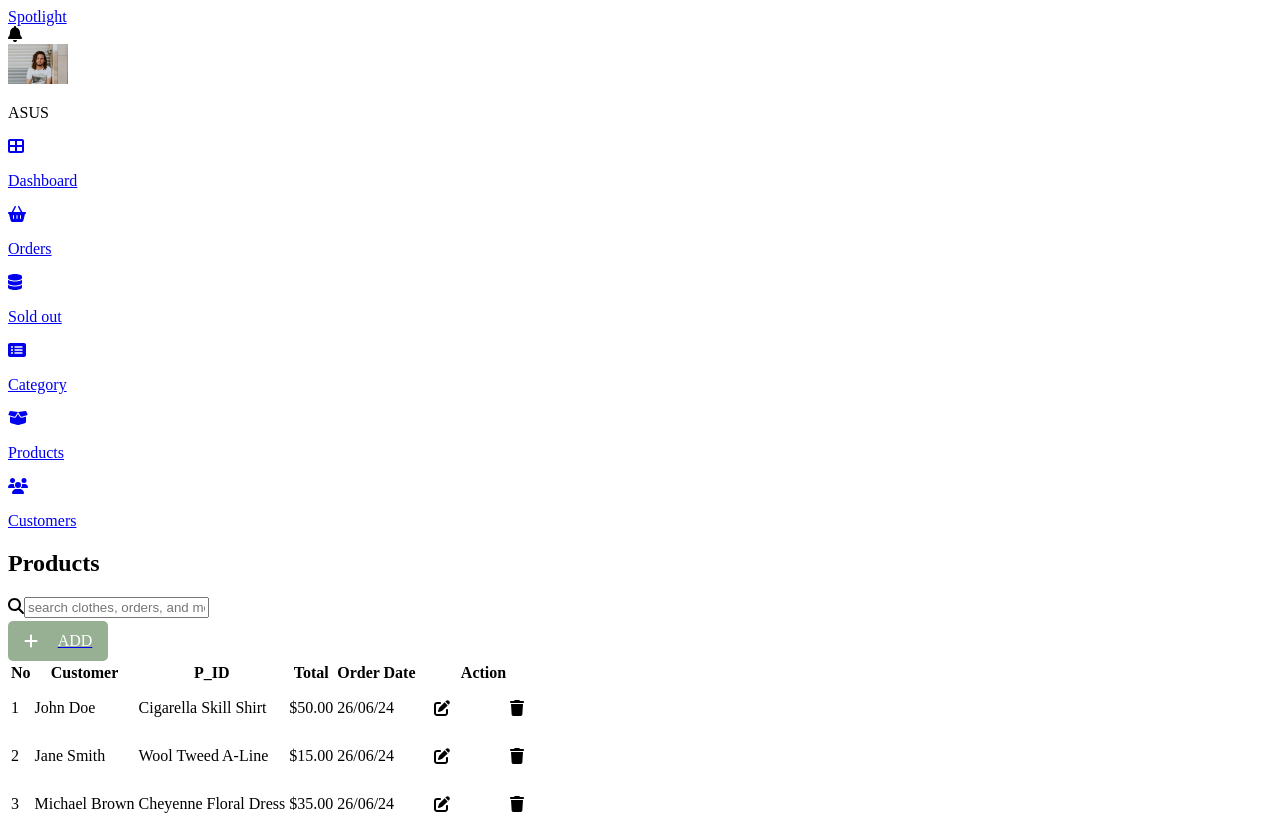
Repository: pin-seavmuy/Spotlight-POS
Page: /category
An editor plug-in stored every save of this project. The page is shown before and after a run of saves, followed by the edit.
The browser window is 1280 px wide. The pictures show the whole page.
Some web fonts or font styles are not loaded; a fallback is used. The project was rebuilt for these pictures with package versions that can differ from the ones it lists, and the page was loaded fresh each time. Also part of the build but not shown: vue.config.js, src/components/Orders.vue, src/components/Products.vue, src/components/Customers.vue, src/components/AddCategory.vue.

Above is the page before, as saved 2024-06-26 17:51:32.

### src/main.js
// src/main.js
import { createApp } from 'vue'; // Use createApp instead of importing Vue
import App from './App.vue';
import router from './router/router.js'; // Adjust the path as necessary

const app = createApp(App);
app.use(router);

app.mount('#app');

### src/App.vue

<template>
  <div id="app">
    <router-view />
    <!-- <Dashboard/> -->
  </div>
</template>

<script>
export default {
  name: 'App',
};
</script>

<style scoped>
/* Scoped styles specific to App.vue */
</style>

### src/router/router.js
// src/router.js
import { createRouter, createWebHistory } from 'vue-router'; // Import from vue-router
import AdminDashboard from '../components/AdminDashboard.vue';
import OrdersPage from '../components/Orders.vue';
import SoldOut from '../components/Soldout.vue';
import CategoryPage from '../components/Category.vue';
import ProductPage from '../components/Products.vue';
import CustomersPage from '../components/Customers.vue';
import AddCategory from '../components/AddCategory.vue';

const routes = [
  { path: '/', component: AdminDashboard },
  { path: '/orders', component: OrdersPage },
  { path: '/sold', component: SoldOut },
  { path: '/category', component: CategoryPage },
  { path: '/products', component: ProductPage },
  { path: '/customers', component: CustomersPage },
  { path: '/add-category', component: AddCategory },
];

const router = createRouter({
  history: createWebHistory(),
  routes,
});

export default router;

### src/components/AdminDashboard.vue
<template>
  <div>
    <header class="header">
      <div class="logo">
        <router-link to="/">Spotlight</router-link>
      </div>
      <div class="header-icons">
        <font-awesome-icon :icon="icons.bell" class="icon" />
        <div class="account">
          <img src="../assets/img/people.png" alt="" />
          <p>ASUS</p>
        </div>
      </div>
    </header>
    <div class="container">
      <div class="side-bar">

        <router-link to="/" class="wrapper" active-class="active">
          <font-awesome-icon :icon="icons.thLarge" class="icons" />
          <p>Dashboard</p>
        </router-link>

        <router-link to="/orders" class="wrapper" active-class="active">
          <font-awesome-icon :icon="icons.shoppingBasket" class="icons" />
          <p>Orders</p>
        </router-link>

        <router-link to="/sold" class="wrapper" active-class="active">
          <font-awesome-icon :icon="icons.database" class="icons" />
          <p>Sold out</p>
        </router-link>

        <router-link to="/category" class="wrapper" active-class="active">
          <font-awesome-icon :icon="icons.category" class="icons" />
          <p>Category</p>
        </router-link>

        <router-link to="/products" class="wrapper" active-class="active">
          <font-awesome-icon :icon="icons.product" class="icons" />
          <p>Products</p>
        </router-link>

        <router-link to="/customers" class="wrapper" active-class="active">
          <font-awesome-icon :icon="icons.users" class="icons" />
          <p>Customers</p>
        </router-link>

      </div>

      <div class="dashboard">
          <div class="wrapper1">
            <h2>Admin Dashboard</h2>
          </div>
          <div class="wrapper1">
            <div class="box">
              <div class="wrapperBox">
                <img src="../assets/img/products.png" />
                <p>Total Product</p>
              </div>
              <div class="qty">12000</div>
            </div>
            <div class="box">
              <div class="wrapperBox">
                <img src="../assets/img/list.png" />
                <p>Categories</p>
              </div>
              <div class="qty">43</div>
            </div>
            <div class="box">
              <div class="wrapperBox">
                <img src="../assets/img/mobile-banking.png" />
                <p>Transactions</p>
              </div>
              <div class="qty">669</div>
            </div>
          </div>
          <div class="wrapper1">
            <div class="box">
              <div class="wrapperBox">
                <img src="../assets/img/shopping-cart.png" />
                <p>Order Today</p>
              </div>
              <div class="qty">15</div>
            </div>
          </div>
        </div>



    </div>


  </div>
</template>

<script>
  import { FontAwesomeIcon } from '@fortawesome/vue-fontawesome';
  import { faBell, faShoppingBasket, faThLarge, faDatabase, faListAlt, faCreditCard, faBoxOpen, faUsers } from '@fortawesome/free-solid-svg-icons';

  export default {
  name: "AdminDashboard",
  components: {
      FontAwesomeIcon,
  },
  data() {
      return {
      icons: {
          bell: faBell,
          shoppingBasket: faShoppingBasket,
          thLarge: faThLarge,
          database: faDatabase,
          category: faListAlt,
          transaction: faCreditCard,
          product: faBoxOpen,
          users: faUsers,
          // Add more icons as needed
      },
      };
  },
  };

</script>

<style scoped>
@import '../assets/css/style.css';
</style>

### src/components/Soldout.vue
<template>
  <div>
    <header class="header">
      <div class="logo">
        <router-link to="/">Spotlight</router-link>
      </div>
      <div class="header-icons">
        <font-awesome-icon :icon="icons.bell" class="icon" />
        <div class="account">
          <img src="../assets/img/people.png" alt="" />
          <p>ASUS</p>
        </div>
      </div>
    </header>
    <div class="container">
      <div class="side-bar">

        <router-link to="/" class="wrapper" active-class="active">
          <font-awesome-icon :icon="icons.thLarge" class="icons" />
          <p>Dashboard</p>
        </router-link>

        <router-link to="/orders" class="wrapper" active-class="active">
          <font-awesome-icon :icon="icons.shoppingBasket" class="icons" />
          <p>Orders</p>
        </router-link>

        <router-link to="/sold" class="wrapper" active-class="active">
          <font-awesome-icon :icon="icons.database" class="icons" />
          <p>Sold out</p>
        </router-link>

        <router-link to="/category" class="wrapper" active-class="active">
          <font-awesome-icon :icon="icons.category" class="icons" />
          <p>Category</p>
        </router-link>

        <router-link to="/products" class="wrapper" active-class="active">
          <font-awesome-icon :icon="icons.product" class="icons" />
          <p>Products</p>
        </router-link>

        <router-link to="/customers" class="wrapper" active-class="active">
          <font-awesome-icon :icon="icons.users" class="icons" />
          <p>Customers</p>
        </router-link>

      </div>
      <div class="dashboard">
        <div class="wrapper1">
          <h2>Orders</h2>
          <div class="searchBox">
            <font-awesome-icon :icon="icons.search" class="icons" />
            <input type="text" placeholder="search ...">
          </div>
        </div>
        <div class="table">
          <table>
            <thead>
              <tr>
                <th>No</th>
                <th>Customer</th>
                <th>Product</th>
                <th>Total</th>
                <th>Order Date</th>
                <th>Action</th>
              </tr>
            </thead>
            <tbody>
              <tr v-for="(order, index) in orders" :key="order.id">
                <td>{{ index + 1 }}</td>
                <td>{{ order.customer }}</td>
                <td>{{ order.product }}</td>
                <td>{{ order.total }}</td>
                <td>{{ order.orderDate }}</td>
                <td class="action">
                  <font-awesome-icon :icon="icons.edit" class="icon action-icon" @click="editOrder(order.id)" />
                  <font-awesome-icon :icon="icons.trash" class="icon action-icon" @click="deleteOrder(order.id)" />
                </td>
              </tr>
            </tbody>
          </table>
        </div>
      </div>
    </div>
  </div>
</template>

<script>
  import { FontAwesomeIcon } from '@fortawesome/vue-fontawesome';
  import { faBell, faShoppingBasket, faThLarge, faDatabase, faListAlt, faCreditCard, faBoxOpen, faUsers, faSearch, faEdit, faTrash } from '@fortawesome/free-solid-svg-icons';

  export default {
    name: "OrdersPage",
    components: {
      FontAwesomeIcon,
    },
    data() {
      return {
        icons: {
          bell: faBell,
          shoppingBasket: faShoppingBasket,
          thLarge: faThLarge,
          database: faDatabase,
          category: faListAlt,
          transaction: faCreditCard,
          product: faBoxOpen,
          users: faUsers,
          search: faSearch,
          edit: faEdit,
          trash: faTrash,
        },
        orders: [
          { id: 1, customer: 'John Doe', product: 'Cigarella Skill Shirt', total: '$50.00', orderDate: '26/06/24' },
          { id: 2, customer: 'Jane Smith', product: 'Wool Tweed A-Line', total: '$15.00', orderDate: '26/06/24' },
          { id: 3, customer: 'Michael Brown', product: 'Cheyenne Floral Dress', total: '$35.00', orderDate: '26/06/24'},
        ],
      };
    },
    methods: {
      editOrder(id) {
        // Implement edit order functionality
        console.log('Edit order', id);
      },
      deleteOrder(id) {
        // Implement delete order functionality
        console.log('Delete order', id);
      },
    },
  };
</script>

<style scoped>
  @import '../assets/css/style.css';

  .action-icon {
    cursor: pointer;
    margin-right: 10px;
  }
  .action {
    display: flex;
    justify-content: center;
    gap: 50px;
    padding: 15px ;
    border-width: 0.1;
  }
</style>

### src/components/Category.vue
<template>
    <div>
      <header class="header">
        <div class="logo">
          <router-link to="/">Spotlight</router-link>
        </div>
        <div class="header-icons">
          <font-awesome-icon :icon="icons.bell" class="icon" />
          <div class="account">
            <img src="../assets/img/people.png" alt="" />
            <p>ASUS</p>
          </div>
        </div>
      </header>
      <div class="container">
        <div class="side-bar">

            <router-link to="/" class="wrapper" active-class="active">
            <font-awesome-icon :icon="icons.thLarge" class="icons" />
            <p>Dashboard</p>
          </router-link>

          <router-link to="/orders" class="wrapper" active-class="active">
            <font-awesome-icon :icon="icons.shoppingBasket" class="icons" />
            <p>Orders</p>
          </router-link>

          <router-link to="/sold" class="wrapper" active-class="active">
            <font-awesome-icon :icon="icons.database" class="icons" />
            <p>Sold out</p>
          </router-link>

          <router-link to="/category" class="wrapper" active-class="active">
            <font-awesome-icon :icon="icons.category" class="icons" />
            <p>Category</p>
          </router-link>

          <router-link to="/products" class="wrapper" active-class="active">
            <font-awesome-icon :icon="icons.product" class="icons" />
            <p>Products</p>
          </router-link>

          <router-link to="/customers" class="wrapper" active-class="active">
            <font-awesome-icon :icon="icons.users" class="icons" />
            <p>Customers</p>
          </router-link>

        </div>
        <div class="dashboard">
        <div class="wrapper1">
          <h2>Products</h2>
          <div class="searchBox">
            <font-awesome-icon :icon="icons.search" class="icons" />
            <input type="text" placeholder="search clothes, orders, and more....">
          </div>
          <router-link to="/add-category" >
            <div class="add">
              <font-awesome-icon :icon="icons.plus" class="icons" />
              <p>ADD</p>
            </div>
          </router-link>
        </div>
        <div class="table">
          <table>
            <thead>
              <tr>
                <th>No</th>
                <th>Customer</th>
                <th>P_ID</th>
                <th>Total</th>
                <th>Order Date</th>
                <th>Action</th>
              </tr>
            </thead>
            <tbody>
              <tr v-for="(order, index) in orders" :key="order.id">
                <td>{{ index + 1 }}</td>
                <td>{{ order.customer }}</td>
                <td>{{ order.product }}</td>
                <td>{{ order.total }}</td>
                <td>{{ order.orderDate }}</td>
                <td class="action">
                  <font-awesome-icon :icon="icons.edit" class="icon action-icon" @click="editOrder(order.id)" />
                  <font-awesome-icon :icon="icons.trash" class="icon action-icon" @click="deleteOrder(order.id)" />
                </td>
              </tr>
            </tbody>
          </table>
        </div>
      </div>

      </div>
    </div>
  </template>

  <script>
    import { FontAwesomeIcon } from '@fortawesome/vue-fontawesome';
    import { faBell, faShoppingBasket, faThLarge, faDatabase, faListAlt, faCreditCard, faBoxOpen, faUsers,faSearch, faPlus, faEdit, faTrash } from '@fortawesome/free-solid-svg-icons';

    export default {
    name: "CategoryPage",
    components: {
        FontAwesomeIcon,
    },
    data() {
        return {
        icons: {
            bell: faBell,
            shoppingBasket: faShoppingBasket,
            thLarge: faThLarge,
            database: faDatabase,
            category: faListAlt,
            transaction: faCreditCard,
            product: faBoxOpen,
            users: faUsers,
            plus: faPlus,
            search: faSearch,
            edit: faEdit,
          trash: faTrash,
            // Add more icons as needed
        },
        orders: [
          { id: 1, customer: 'John Doe', product: 'Cigarella Skill Shirt', total: '$50.00', orderDate: '26/06/24' },
          { id: 2, customer: 'Jane Smith', product: 'Wool Tweed A-Line', total: '$15.00', orderDate: '26/06/24' },
          { id: 3, customer: 'Michael Brown', product: 'Cheyenne Floral Dress', total: '$35.00', orderDate: '26/06/24'},
        ],
        };
    },
    };

  </script>

  <style scoped>
  @import '../assets/css/category.css';

  .action-icon {
    cursor: pointer;
    margin-right: 10px;
  }
  .action {
    display: flex;
    justify-content: center;
    gap: 50px;
    padding: 15px ;
    border-width: 0.1;
  }
  </style>

### src/assets/css/style.css
@import url("https://fonts.googleapis.com/css2?family=Poppins:wght@400;500;600;700&display=swap");
@import url("https://fonts.cdnfonts.com/css/mogra");
@import url("https://fonts.googleapis.com/css?family=Playfair+Display:400,700");

* {
  margin: 0;
  padding: 0;
  box-sizing: border-box;
  font-family: "Poppins", sans-serif;
}

body {
  background: rgb(255, 255, 255);
}

.header {
  display: flex;
  align-items: center;
  justify-content: space-between;
  height: 70px;
  padding: 20px 40px 20px 20px;
  background: #97b093;
}

.logo a {
  color: #fff;
  font-size: 28px;
  font-weight: 400;
  margin: 2rem 8rem 2rem 2rem;
  font-family: "Mogra", sans-serif;
  text-decoration: none;
}

.header-icons {
  display: flex;
  align-items: center;
}

.header-icons .icon {
  margin-right: 1rem;
  cursor: pointer;
  color: #fff;
  font-size: 20px;
  background-color: #97b093;
  padding: 8px;
  border-radius: 50%;
  box-shadow: 0 4px 8px rgba(0, 0, 0, 0.2);
}

.header-icons .account {
  width: 120px;
  display: flex;
  align-items: center;
  justify-content: space-between;
}

.header-icons .account img {
  width: 40px;
  height: 40px;
  cursor: pointer;
  border-radius: 50%;
  margin-left: 10px;
  border: 1px solid gray;
}

.container {
  width: 100%;
  height: 650px;
  display: flex;
  justify-content: space-between;
}

.container .side-bar {
  width: 260px;
  height: 100%;
  padding: 30px 10px 10px 10px;
  border-right: 2px solid gray;
}

.wrapper {
  display: flex;
  align-items: center;
  background-color: #ffffff;
  padding: 8px 15px;
  gap: 20px;
  color: black;
  font-family: "Playfair Display", serif;
  border-radius: 5px;
  margin-bottom: 20px;
  cursor: pointer;
}

.wrapper .icons {
  color: gray;
}

.wrapper:hover {
  background-color: #ecf1eb;
}

.wrapper.active {
  background-color: #c1d2be;
  border: 1px solid gray;
}

.container .dashboard {
  width: 100%;
  height: 550px;
  /* background-color: pink; */
  padding: 30px 40px 0px 40px;
  display: flex;
  flex-direction: column;
}

.wrapper1 {
  padding: 2px;
  display: flex;
  justify-content: space-between;
  gap: 20px;
  /* background-color: rgb(0, 255, 76); */
  /* margin-top: -20px; */
  margin-bottom: 30px;
}

.wrapper1 .box {
  width: 360px;
  height: 160px;
  background-color: #f5eded;
  box-shadow: 0 4px 8px rgba(0, 0, 0, 0.2);
  border-radius: 3px;
  display: flex;
  padding: 20px 30px;
  align-items: center;
  gap: 40px;
}

.box:hover {
  background-color: #f7efef;
}

.box .wrapperBox {
  display: flex;
  flex-direction: column;
  align-items: center;
  justify-content: center;
  gap: 8px;
  /* background-color: red; */
}

.box .wrapperBox img {
  width: 70px;
  height: 70px;
}

.box .qty {
  border-left: 3px solid rgb(178, 183, 179);
  padding: 10px 0 10px 30px;
  font-size: xx-large;
}

### src/assets/css/category.css
.add {
    width: 100px;
    height: 40px;
    background-color: #97b093;
    color: #fff;
    display: flex;
    justify-content: center;
    gap: 20px;
    align-items: center;
    margin-top: 3px;
    border-radius: 5px;
}

Loaded but not shown: public/index.html (common file)

After the next 2 saves:
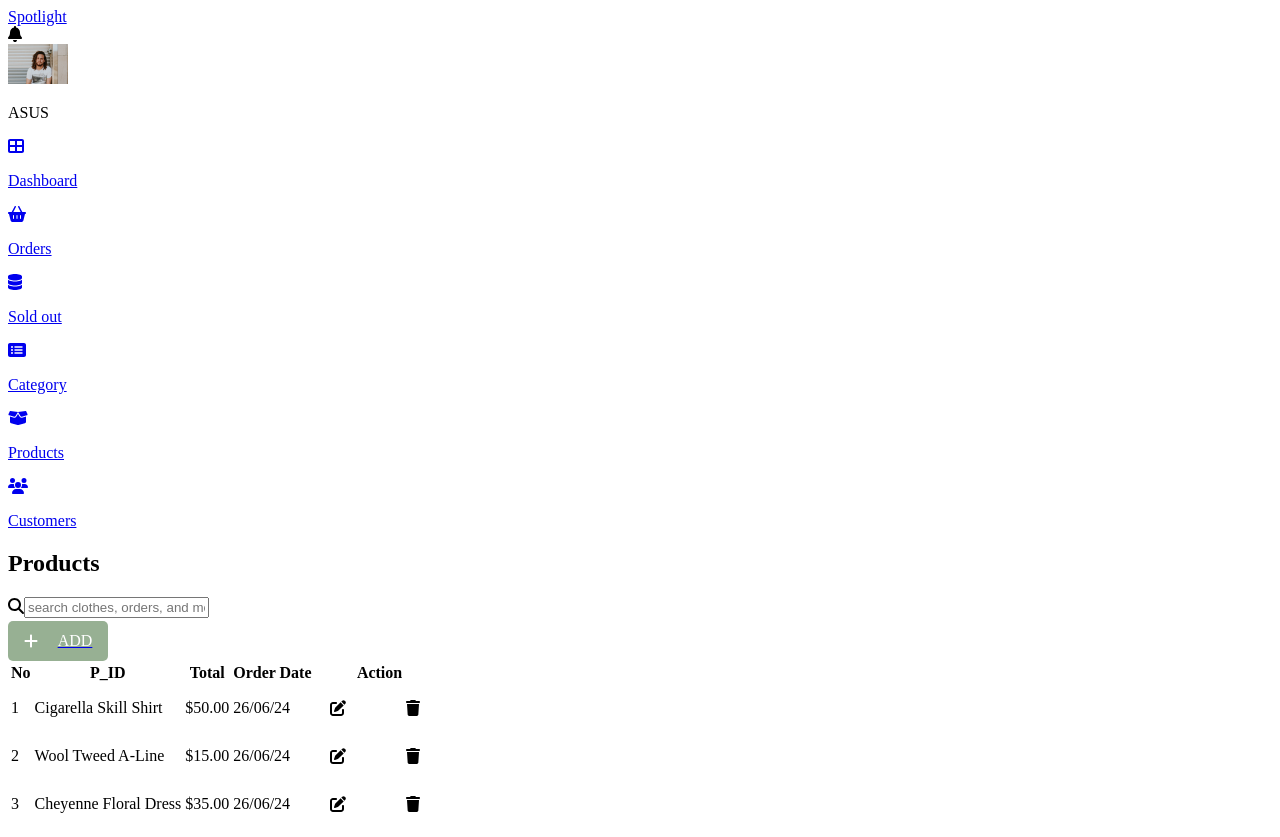
The 2 saves are shown as one change because they came seconds apart.
The last was saved 9 s later.
--- a/src/components/Category.vue
+++ b/src/components/Category.vue
@@ -65,7 +65,6 @@
             <thead>
               <tr>
                 <th>No</th>
-                <th>Customer</th>
                 <th>P_ID</th>
                 <th>Total</th>
                 <th>Order Date</th>
@@ -75,7 +74,6 @@
             <tbody>
               <tr v-for="(order, index) in orders" :key="order.id">
                 <td>{{ index + 1 }}</td>
-                <td>{{ order.customer }}</td>
                 <td>{{ order.product }}</td>
                 <td>{{ order.total }}</td>
                 <td>{{ order.orderDate }}</td>
